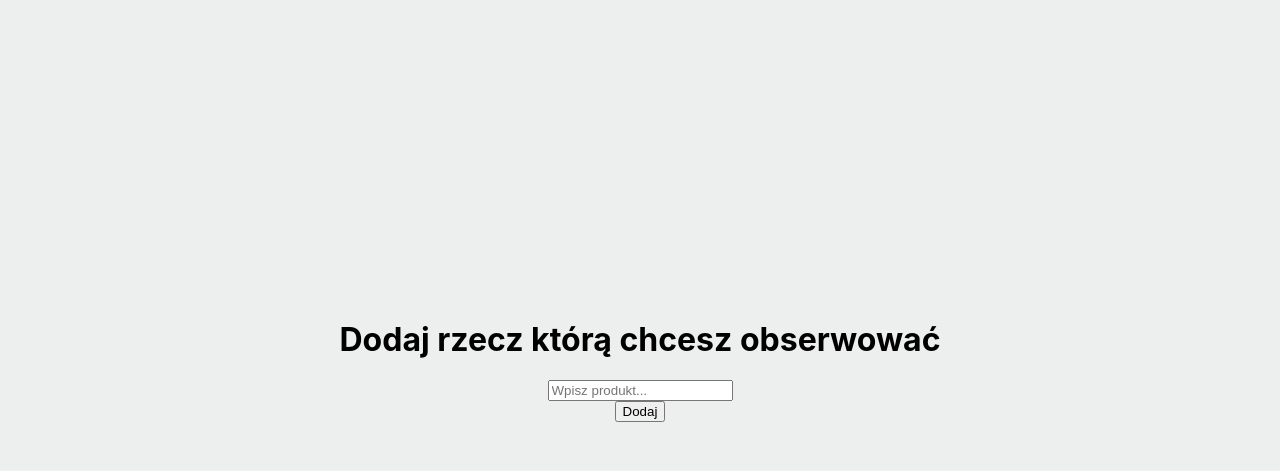
Repository: matedoo/crawler
Page: /MainApp
These files come from the project's save history. The page is drawn as it stood at one moment and after the next save; the edit follows.
The browser window is 1280 px wide. The pictures show the whole page.
The project was rebuilt for these pictures with package versions that can differ from the ones it lists, and the page was loaded fresh each time. Requests to the local data server were answered from the project's data file. Also part of the build but not shown: src/Components/button.js, src/Components/LoginComponents/LoginApp.js, src/Components/LoginComponents/RegisterApp.js, src/Components/btnContainer.js, src/Components/heading.js, src/Components/LoginComponents/StartApp.js, src/Components/MainApp/MainAppElement.js.

Above is the page before, as saved 2020-04-26 19:10:13.

### public/index.html
<!DOCTYPE html>
<html lang="en">
  <head>
    <meta charset="utf-8" />
    <link rel="icon" href="%PUBLIC_URL%/favicon.ico" />
    <meta name="viewport" content="width=device-width, initial-scale=1" />
    <meta name="theme-color" content="#000000" />
    <meta
      name="description"
      content="Web site created using create-react-app"
    />
    <link rel="apple-touch-icon" href="%PUBLIC_URL%/logo192.png" />
    <!--
      manifest.json provides metadata used when your web app is installed on a
      user's mobile device or desktop. See https://developers.google.com/web/fundamentals/web-app-manifest/
    -->
    <link rel="manifest" href="%PUBLIC_URL%/manifest.json" />
    <!--
      Notice the use of %PUBLIC_URL% in the tags above.
      It will be replaced with the URL of the `public` folder during the build.
      Only files inside the `public` folder can be referenced from the HTML.

      Unlike "/favicon.ico" or "favicon.ico", "%PUBLIC_URL%/favicon.ico" will
      work correctly both with client-side routing and a non-root public URL.
      Learn how to configure a non-root public URL by running `npm run build`.
    -->
    <title>Racoon</title>
  </head>
  <body>
    <noscript>You need to enable JavaScript to run this app.</noscript>
    <div id="root"></div>

  </body>
</html>

### src/App.js
import React from 'react';
import LoginApp from './Components/LoginComponents/LoginApp'
import RegisterApp from './Components/LoginComponents/RegisterApp'
import StartApp from './Components/LoginComponents/StartApp'
import MainApp from './Components/MainApp/MainApp'
import {BrowserRouter as Router, Switch, Route} from 'react-router-dom'




class App extends React.Component {

  render(){
    return (
      <Router>
        <Switch>
          <Route path='/' exact component={StartApp}></Route>
          <Route path='/LoginApp' component={LoginApp}></Route>
          <Route path='/RegisterApp' component={RegisterApp}></Route>
          <Route path='/MainApp' component={MainApp}></Route>
        </Switch>
      </Router>
    );
  }
}



export default App;

### src/Components/MainApp/MainApp.js
import React, { useState, useEffect } from 'react';
import styled from 'styled-components';
import MainAppElement from './MainAppElement'


//http://localhost:4000/items

function MainApp(props) {
  const [elementsListState, setElementsListState] = useState({ elementsList: [], inputValue: '', error: ''})

  const [fetchedData, setFetchedData] = useState(null)
  const [dataError, setDataError] = useState(null)
  const [apiItems, setApiItems] = useState('items')
  const [isLoading, setIsLoading] = useState(true)

  useEffect(() => {
    const myFetch = async () => {
      setIsLoading(true)

      try {
        const response = await fetch(`http://localhost:4000/${apiItems}`)
        const responseParsed = await response.json()
        const [items] = responseParsed
        setIsLoading(false)
        setFetchedData(items)


        // elementsListState.push(responseParsed)
      } catch(dataError){
        setIsLoading(false)
        setDataError(dataError)
      }

    }
    myFetch()
  }, [apiItems])
  console.log(fetchedData);




  if(isLoading){
    return <p>Loading...</p>
  }
  if(dataError){
    return <p>Error...</p>
  }

  const handleInputChange = (event) => {
    const { value } = event.target
    setElementsListState({
      ...elementsListState,
      inputValue: value
    })

  }
  const handleButtonClick = () => {
    const { elementsList } = elementsListState;

    if(!inputValue) return;

    if(elementsList.some(element => element === inputValue)){
      setElementsListState({
        ...elementsListState,
        error: 'Ten produkt już istnieje',
        inputValue: '',
      })
      return;
    }
    setElementsListState({
      error: '',
      elementsList: [...elementsList, inputValue],
      inputValue: ''
    })
  }

  const handleElementRemove = (elementValue) => {
    setElementsListState({
      ...elementsListState,
      elementsList: elementsList.filter(element => element !== elementValue)
    })
  }
  const { error, elementsList, inputValue} = elementsListState;
    return (
      <LoginAppStyled>
        <h1>Dodaj rzecz którą chcesz obserwować</h1>
        {elementsList.map((element) => (
          <MainAppElement
            key={element}
            element={element}
            handleCloseClick={handleElementRemove}
          />
        ))}
        <input
          name='listelemt'
          placeholder='Wpisz produkt...'
          value={inputValue}
          onChange={handleInputChange}
        />
        <button onClick={handleButtonClick}>Dodaj</button>
        {!!error && <p>{error}</p>}
      </LoginAppStyled>
    );

}

export default MainApp;



const LoginAppStyled = styled.div`
   background-color: #edeeee;
   margin: 0;
   padding:0;
   height: 100vh;
   width: 100%;
   display: flex;
   align-items: center;
   justify-content: center;
   flex-direction: column;
`

### db.json
{
  "items": [
    {
      "title": "Lagavulin 16",
      "id": 1
    },
    {
      "title": "ardbeg",
      "id": 3
    },
    {
      "title": "qwe",
      "id": 4
    }
  ]
}

Loaded but not shown: src/index.js (common file); src/styles/index.css (common file); src/serviceWorker.js (common file)

After the next save:
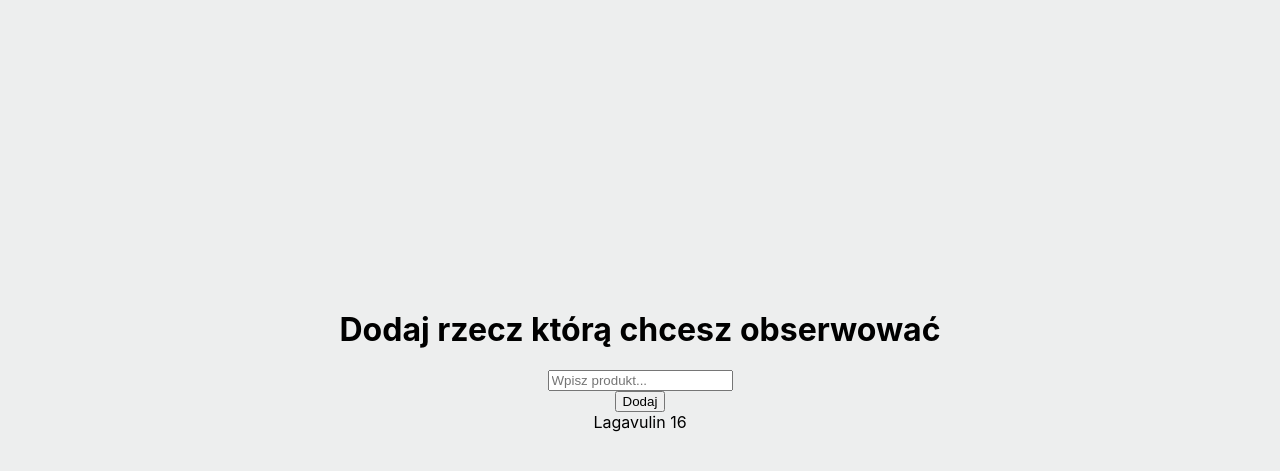
Saved 59 s later.
--- a/src/Components/MainApp/MainApp.js
+++ b/src/Components/MainApp/MainApp.js
@@ -99,6 +99,7 @@ function MainApp(props) {
         />
         <button onClick={handleButtonClick}>Dodaj</button>
         {!!error && <p>{error}</p>}
+        {fetchedData && <div>{fetchedData.title}</div>}
       </LoginAppStyled>
     );
 
